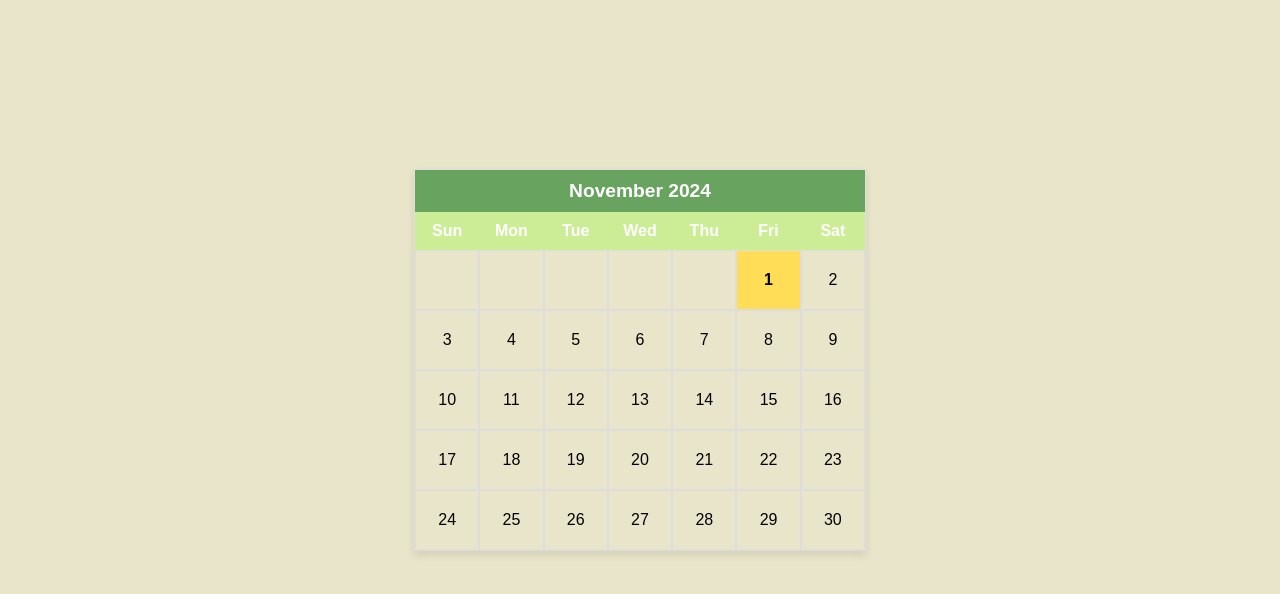
Repository: carrascokarencb37-afk/Nuura
Page: html/calendario.html
The author's editor kept a copy of each file at every save. The page is drawn from the files as they stood at one save, then again after the next save.
The browser window is 1280 px wide. The pictures show the whole page.

Above is the page before, as saved 2026-05-28 23:28:32.

After the next save:
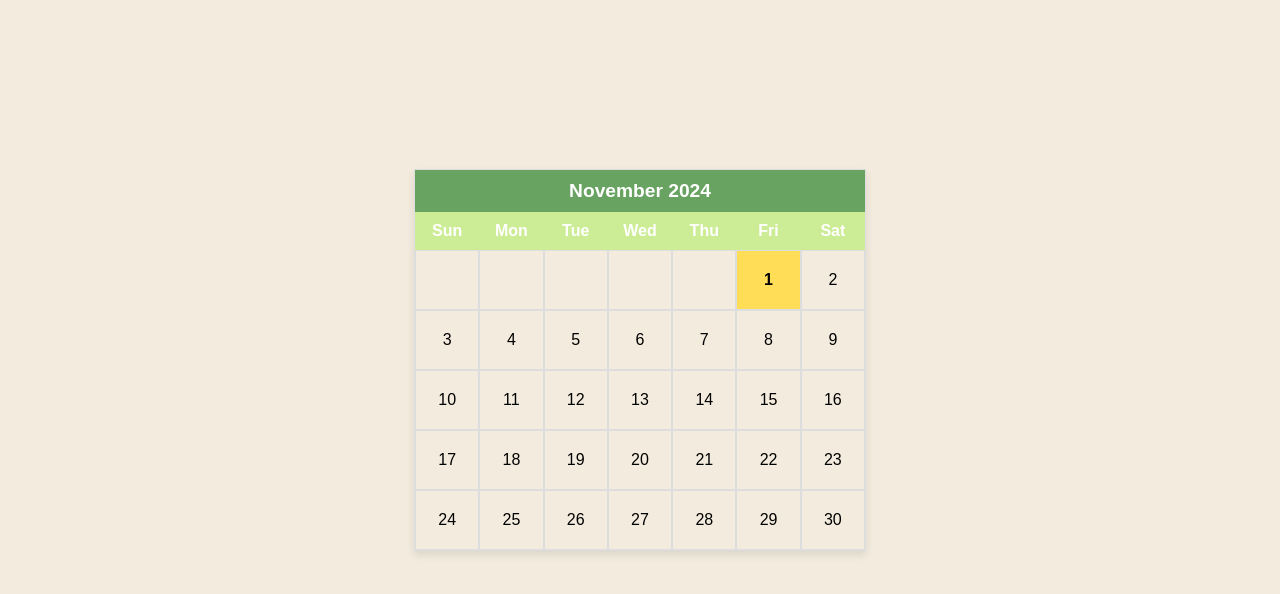
Saved 18 s later.
--- a/css/cale.css
+++ b/css/cale.css
@@ -6,7 +6,7 @@
             justify-content: center;
             align-items: center;
             min-height: 100vh;
-            background-color: #e9e5ca;
+            background-color: #f3ecde;
             margin: 0;
         }
 
